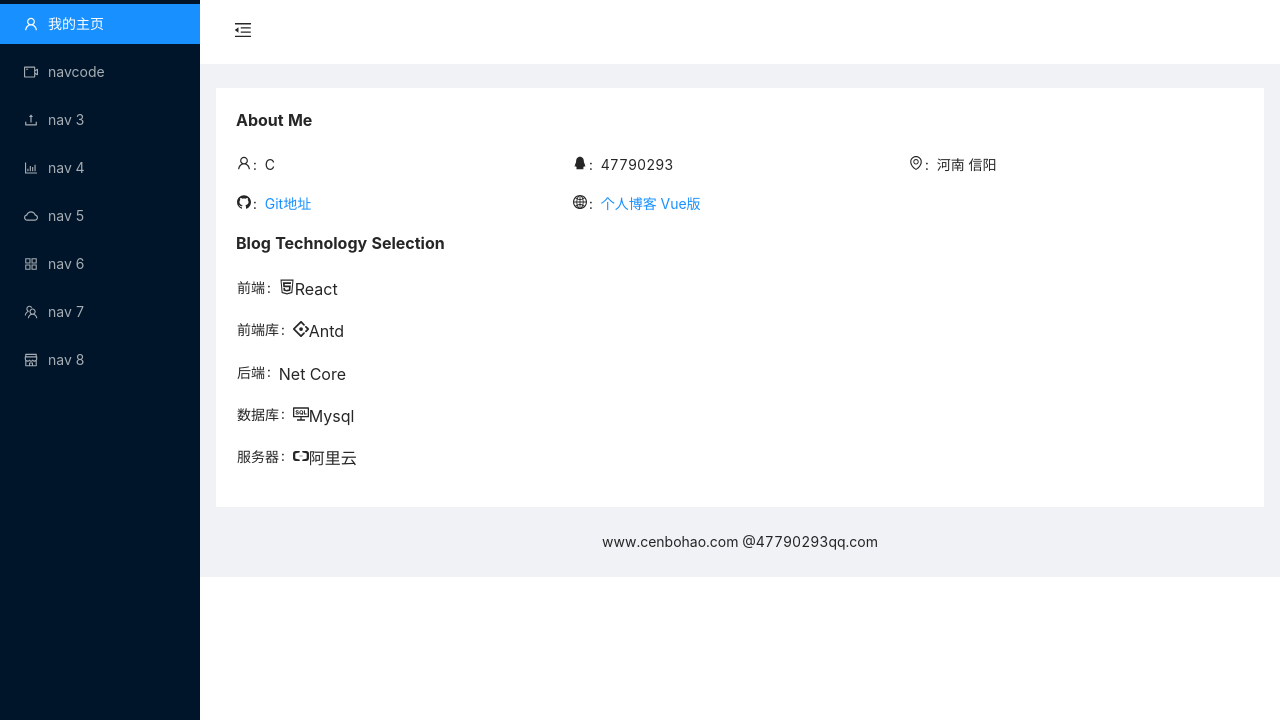
Repository: CBH20010703/bolgsweb
Page: /index (app in blogs/)
An editor plug-in stored every save of this project. The page is shown before and after the next save, followed by the edit.
The browser window is 1280 px wide. The pictures show the whole page.
The project was rebuilt for these pictures with package versions that can differ from the ones it lists, and the page was loaded fresh each time. Also part of the build but not shown: blogs/src/view/Login/Login.jsx, blogs/src/component/Menu/MenuList.css, blogs/src/view/Home/Home.css, blogs/src/view/NavCode/NavCode.css, blogs/src/view/NavCode/NavCode.jsx, blogs/src/view/404/Error.jsx.

Above is the page before, as saved 2021-06-28 19:26:36.

### blogs/src/index.js
import React from 'react';
import ReactDOM from 'react-dom';
import './index.css';
import App from './App';
import { BrowserRouter} from 'react-router-dom'


ReactDOM.render(<BrowserRouter><App /></BrowserRouter>,document.getElementById('root'));

### blogs/src/App.js
import './App.css';
import { React, Component } from "react";

import  RouterMap from "./router/RouterMap"
export default class  App extends Component {
  constructor(props) {
    super(props);
    this.state = {  collapsed: false, }
  }
  toggle = (data) => {
     console.log(data)
    this.setState({
      collapsed: data,
    });
  };
  render() {
    return (
      <RouterMap/>
    );
  }
}

### blogs/src/router/RouterMap.js
import React from 'react'
import {  Route, Switch} from 'react-router-dom'
import Login from "../view/Login/Login"
import Context from '../view/context/context'
import Error from '../view/404/Error'
export default class RouterMap  extends React.Component {
    render() {
        return (


            <Switch>
                 <Route  path="/"  component={Context}/>
                <Route path="/login" component={Login} />

                    <Route path="*" component={Error} />

               </Switch>


        )
    }
}

### blogs/src/view/context/context.jsx

import { React, Component } from "react";
import Headers from '../../component/Header/Headers';
import MenuList from '../../component/Menu/MenuList';
import Footers from '../../component/Footer/Footers';

import { Layout } from 'antd';
import { Redirect, Route, Switch } from 'react-router-dom'
import Home from "../Home/Home.jsx";
import Navcode from "../NavCode/NavCode.jsx"
import Error from "../404/Error";
const { Content, Sider } = Layout;
export default class Context extends Component {
  constructor(props) {
    super(props);
    this.state = { collapsed: false, }
  }
  toggle = (data) => {
    console.log(data)
    this.setState({
      collapsed: data,
    });
  };
  render() {
    return (

      <Layout>
        <Sider trigger={null} collapsible collapsed={this.state.collapsed}
          style={{
            overflow: 'auto',
            height: '100vh',
            position: 'fixed',
            left: 0,
          }}
        >
          <MenuList />
        </Sider>
        <Layout className="site-layout" style={{ paddingLeft: this.state.collapsed ? "60px" : "200px", transition: "0.1s ease" }}>
          <Headers toggle={this.toggle} parent={this.state.collapsed}></Headers>
          <Content style={{ margin: '24px 16px 0', height: "auto", background: "#fff" }}>
            <Switch>

              <Route path="/index" component={Home} />
              <Route path="/NavCode" component={Navcode} />

              <Route path="*" component={Error} />
            </Switch>
          </Content>
          <Footers />
        </Layout>
      </Layout>


    );
  }
}

### blogs/src/component/Header/Headers.jsx
import React, { Component } from 'react'
import { Layout } from 'antd';


import {
  MenuUnfoldOutlined,
  MenuFoldOutlined,
} from '@ant-design/icons';
import "./Headers.css"
const { Header } = Layout;
export default class Headers extends Component {
    constructor(props) {
        super(props)
        this.state = {
            isShow:false
        }
    }
    Tab = () => {
        let { isShow } = this.state;
        this.setState({
            isShow:!isShow
        })
        this.props.toggle(!isShow);

    }
    render() {

        return (

                <Header className="site-layout-background" style={{ paddingLeft:"10px" }} >
                     {React.createElement(this.state.isShow ? MenuUnfoldOutlined : MenuFoldOutlined, {
              className: 'trigger',
                         onClick: this.Tab,

            })}
                </Header>

        )
    }
}

### blogs/src/component/Menu/MenuList.jsx
import React, { Component } from 'react'
import { Menu } from 'antd';
import {Link} from 'react-router-dom'
import "./MenuList.css"
import {
  AppstoreOutlined,
  BarChartOutlined,
  CloudOutlined,
  ShopOutlined,
  TeamOutlined,
  UserOutlined,
  UploadOutlined,
  VideoCameraOutlined,
} from '@ant-design/icons';
export default class MenuList extends Component {
  render() {
    return (

         <Menu theme="dark" mode="inline" defaultSelectedKeys={['1']}>
          <Menu.Item key="1"  icon={<UserOutlined />}>
          <Link to="/index"> 我的主页
            </Link>

          </Menu.Item>
          <Menu.Item key="2" icon={<VideoCameraOutlined />}>
          <Link to="/NavCode"> navcode
            </Link>

          </Menu.Item>
          <Menu.Item key="3" icon={<UploadOutlined />}>
            nav 3
          </Menu.Item>
          <Menu.Item key="4" icon={<BarChartOutlined />}>
            nav 4
          </Menu.Item>
          <Menu.Item key="5" icon={<CloudOutlined />}>
            nav 5
          </Menu.Item>
          <Menu.Item key="6" icon={<AppstoreOutlined />}>
            nav 6
          </Menu.Item>
          <Menu.Item key="7" icon={<TeamOutlined />}>
            nav 7
          </Menu.Item>
          <Menu.Item key="8" icon={<ShopOutlined />}>
            nav 8
          </Menu.Item>
        </Menu>
    )
  }
}

### blogs/src/component/Footer/Footers.jsx
import React, { Component } from 'react'
import { Layout } from 'antd';
const {  Footer } = Layout;
export default class Footers extends Component {
    render() {
        return (
            <div>
               <Footer style={{ textAlign: 'center' }}>www.cenbohao.com @47790293qq.com</Footer>
            </div>
        )
    }
}

### blogs/src/view/Home/Home.jsx
import React, { Component } from 'react'
import "./Home.css"
import { Descriptions } from 'antd';
import QueueAnim from 'rc-queue-anim';
import { UserOutlined, QqOutlined, EnvironmentOutlined, GithubOutlined, ConsoleSqlOutlined, AliyunOutlined, GlobalOutlined, Html5Outlined, AntDesignOutlined } from '@ant-design/icons';
export default class Home extends Component {

    handleClick = e => {
        console.log('click ', e);
    };
    render() {
        return (

            <div style={{ padding: "20px" }}>
                <Descriptions title="About Me">
                    <Descriptions.Item label={<UserOutlined />}>C</Descriptions.Item>
                    <Descriptions.Item label={<QqOutlined />}>47790293</Descriptions.Item>
                    <Descriptions.Item label={<EnvironmentOutlined />}>河南 信阳</Descriptions.Item>
                    <Descriptions.Item label={<GithubOutlined />}><a href="https://github.com/CBH20010703"  >Git地址</a></Descriptions.Item>
                    <Descriptions.Item label={<GlobalOutlined />} span={2}>
                        <a href="http://www.cenbohao.com/">个人博客 Vue版</a>
                    </Descriptions.Item>
                </Descriptions>

                <Descriptions title="Blog Technology Selection">
                    <Descriptions.Item contentStyle={{ fontSize: "1rem" }} span={3} label="前端"><Html5Outlined /> React</Descriptions.Item>
                    <Descriptions.Item contentStyle={{ fontSize: "1rem" }} span={3} label="前端库"><AntDesignOutlined /> Antd</Descriptions.Item>
                    <Descriptions.Item contentStyle={{ fontSize: "1rem" }} span={3} label="后端">Net Core</Descriptions.Item>
                    <Descriptions.Item contentStyle={{ fontSize: "1rem" }} span={3} label="数据库"><ConsoleSqlOutlined /> Mysql</Descriptions.Item>
                    <Descriptions.Item contentStyle={{ fontSize: "1rem" }} span={3} label="服务器"><AliyunOutlined /> 阿里云</Descriptions.Item>
                </Descriptions>
            </div>

        )
    }
}

### blogs/src/component/Header/Headers.css
.site-layout .site-layout-background {
    background: #fff;
}

 .trigger {
    padding: 0 24px;
    font-size: 18px;
    line-height: 64px;
    cursor: pointer;
    transition: color 0.3s;
}

 .trigger:hover {
    color: #1890ff;
}

Loaded but not shown: blogs/public/index.html (common file); blogs/src/index.css (common file); blogs/src/App.css (common file)

After the next save:
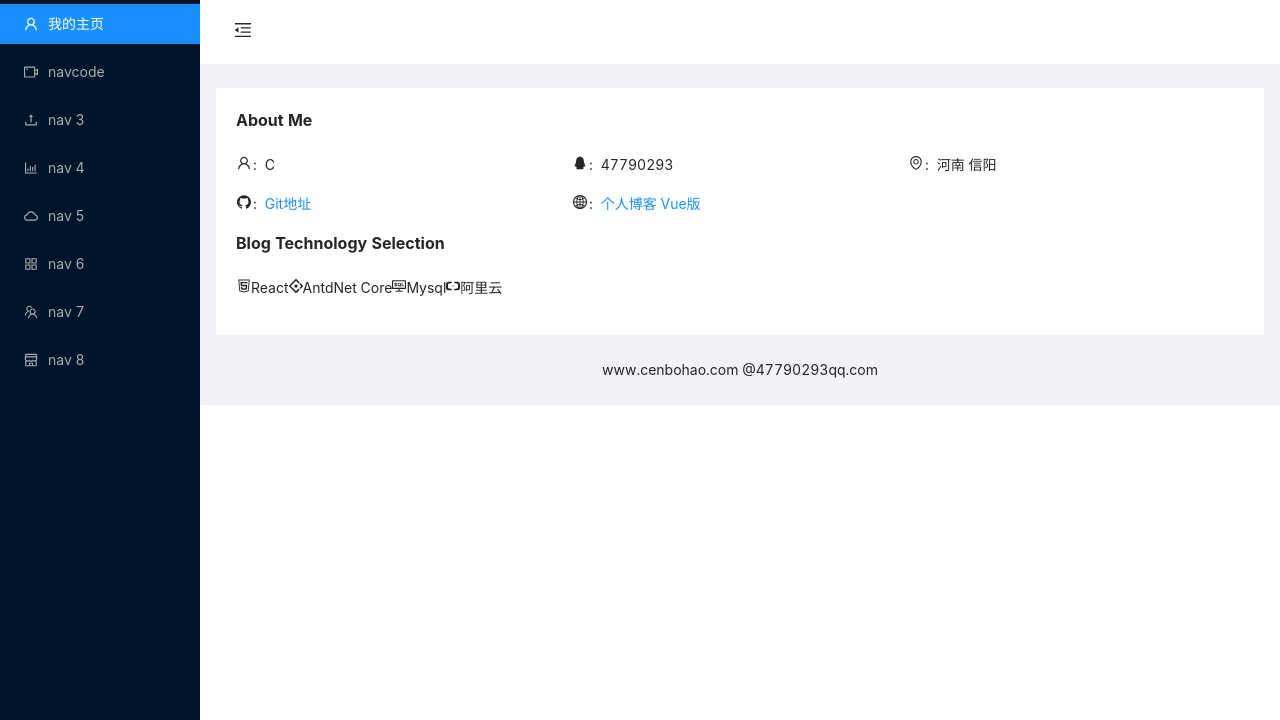
Saved 99 s later.
--- a/blogs/src/view/Home/Home.jsx
+++ b/blogs/src/view/Home/Home.jsx
@@ -13,6 +13,7 @@ export default class Home extends Component {
 
             <div style={{ padding: "20px" }}>
                 <Descriptions title="About Me">
+
                     <Descriptions.Item label={<UserOutlined />}>C</Descriptions.Item>
                     <Descriptions.Item label={<QqOutlined />}>47790293</Descriptions.Item>
                     <Descriptions.Item label={<EnvironmentOutlined />}>河南 信阳</Descriptions.Item>
@@ -23,11 +24,13 @@ export default class Home extends Component {
                 </Descriptions>
 
                 <Descriptions title="Blog Technology Selection">
-                    <Descriptions.Item contentStyle={{ fontSize: "1rem" }} span={3} label="前端"><Html5Outlined /> React</Descriptions.Item>
-                    <Descriptions.Item contentStyle={{ fontSize: "1rem" }} span={3} label="前端库"><AntDesignOutlined /> Antd</Descriptions.Item>
-                    <Descriptions.Item contentStyle={{ fontSize: "1rem" }} span={3} label="后端">Net Core</Descriptions.Item>
-                    <Descriptions.Item contentStyle={{ fontSize: "1rem" }} span={3} label="数据库"><ConsoleSqlOutlined /> Mysql</Descriptions.Item>
-                    <Descriptions.Item contentStyle={{ fontSize: "1rem" }} span={3} label="服务器"><AliyunOutlined /> 阿里云</Descriptions.Item>
+                    <QueueAnim delay={300} className="queue-simple">
+                        <Descriptions.Item key="a" contentStyle={{ fontSize: "1rem" }} span={3} label="前端"><Html5Outlined /> React</Descriptions.Item>
+                        <Descriptions.Item key="b" contentStyle={{ fontSize: "1rem" }} span={3} label="前端库"><AntDesignOutlined /> Antd</Descriptions.Item>
+                        <Descriptions.Item key="c" contentStyle={{ fontSize: "1rem" }} span={3} label="后端">Net Core</Descriptions.Item>
+                        <Descriptions.Item key="d" contentStyle={{ fontSize: "1rem" }} span={3} label="数据库"><ConsoleSqlOutlined /> Mysql</Descriptions.Item>
+                        <Descriptions.Item key="f" contentStyle={{ fontSize: "1rem" }} span={3} label="服务器"><AliyunOutlined /> 阿里云</Descriptions.Item>
+                    </QueueAnim>
                 </Descriptions>
             </div>
 
